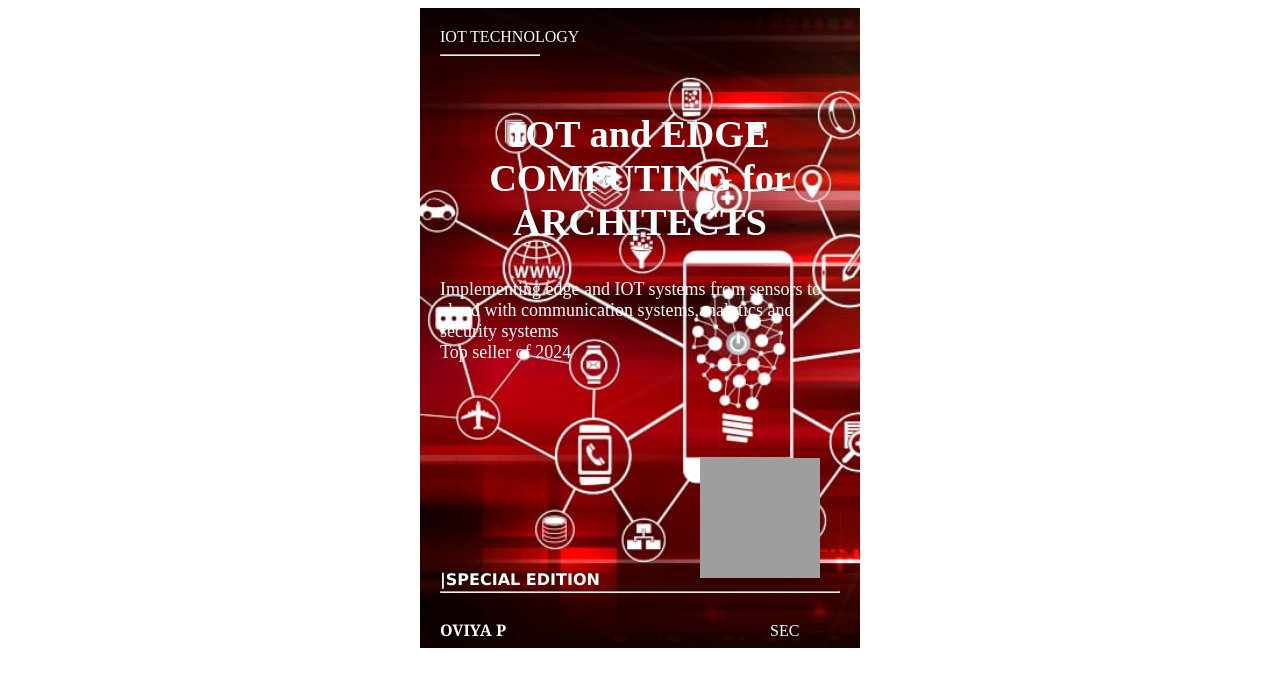
Repository: Oviya24032K6/cover
Page: oviya/coverapp/static/book.html
The author's editor kept a copy of each file at every save. The page is drawn from the files as they stood at one save, then again after the next save.
The browser window is 1280 px wide. The pictures show the whole page.
Pictures or frames that could not be fetched are drawn as grey boxes.

Above is the page before, as saved 2024-04-06 20:23:49.

### oviya/coverapp/static/book.html
<!DOCTYPE html>
<html>

<head>
    <title>IOT</title>
    <style>
        .bookpage{

            width: 400px;
            height: 600px;
            color:black;
            margin-left: auto;
            margin-right: auto;
            padding: 20px;
            font-family: ' Arial, sans-serif';
            background-image: url(red.jpg);
            background-size: cover;
        }


        .insight{
            color:azure;

        }


        .hrstyle{
            width:100px;
        }
        .author{

            display: inline;
            position: relative;
            color:rgb(255, 255, 255);
            top:190px;

            font-family:Georgia;
            font-size: medium;
        }
        .booktitle{
            color:azure;
            font-family: Roquen;
            font-size: larger;
            text-align: center;
            position: relative;
            top: 30px;

        }
        .id {
            width:400px;
            position: relative;
            top:180px;

        }
        .pub{
            color:azure;
            font-size: medium;
            position: relative;
            top:155px;
            left:330px;
        }
        .ed{
            color:azure;
            font-size: medium;
            font-family: Verdana;
            position:relative;
            top:85px;

        }
        .subtitle{
            color:azure;
            font-family:unicorn;
            font-size: large;
            position: relative;
            top:40px;
        }
        .mypic{
            position: relative;
            top: 135px;
            left: 260px;
            width: 90px;
            height: 80px;
            background-size:contain;
        }
        </style>
        <title>Book Cover Page</title>
        </head>
        <body>
        <div class="bookpage">
            <div class="insight">
                 IOT TECHNOLOGY
            </div>
            <div class="hrstyle">
                <hr style="color:blanchedalmond">
            </div>
            <div class="booktitle">
                <h1>IOT and EDGE <br> COMPUTING for ARCHITECTS</h1></div>
            <div class="subtitle">
                Implementing edge and IOT systems from sensors to cloud with communication systems,analytics and security systems
            </div>
            <div class="subtitle">
                 Top seller of 2024
            </div>

            <div class="mypic">
                <img src="c:\Users\poviy\Videos\UNIPIC.jpg" width="120" height="120" >
            </div>
            <div class="id">
                <hr style="color:blanchedalmond">
            </div>
            <div class="author">
               <p><b>OVIYA P</b></p>
            </div>
            <div class="pub">
                SEC
            </div>
            <div class="ed">
                <b>|SPECIAL EDITION</b>
            </div>
        </div>
        </body>


</html>

After the next save:
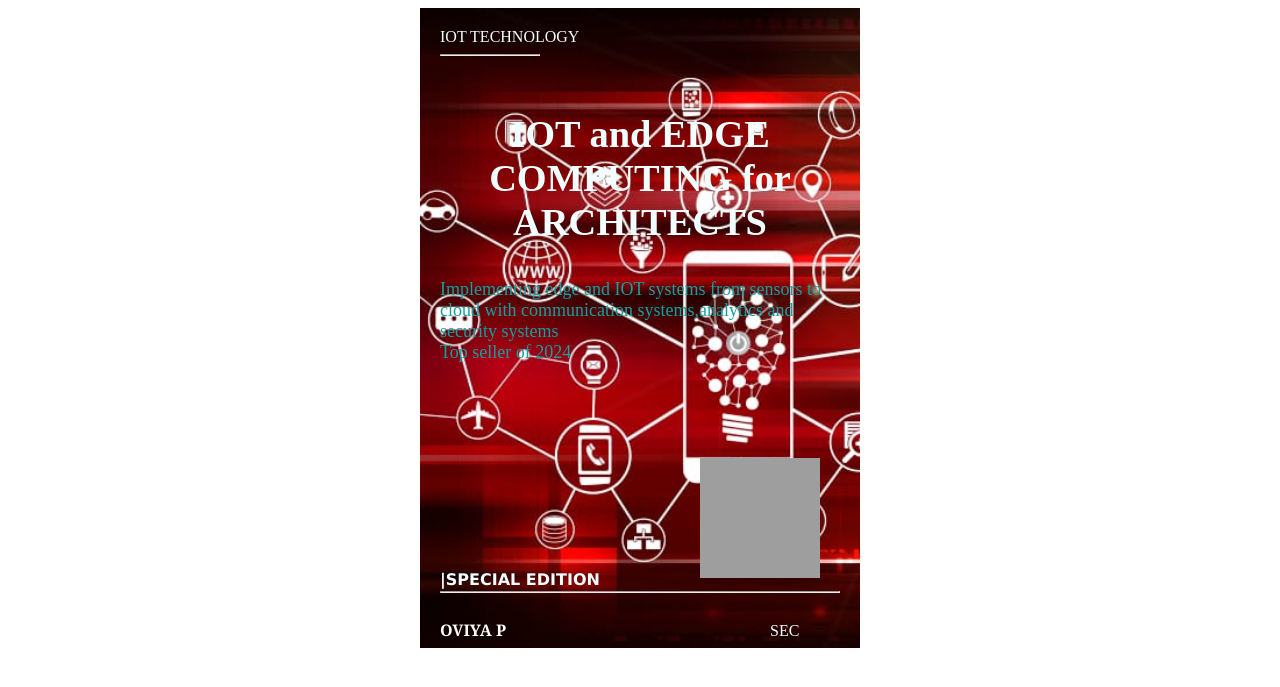
Saved 79 s later.
--- a/oviya/coverapp/static/book.html
+++ b/oviya/coverapp/static/book.html
@@ -68,7 +68,7 @@
 
         }
         .subtitle{
-            color:azure;
+            color:rgb(17, 161, 161);
             font-family:unicorn;
             font-size: large;
             position: relative;
